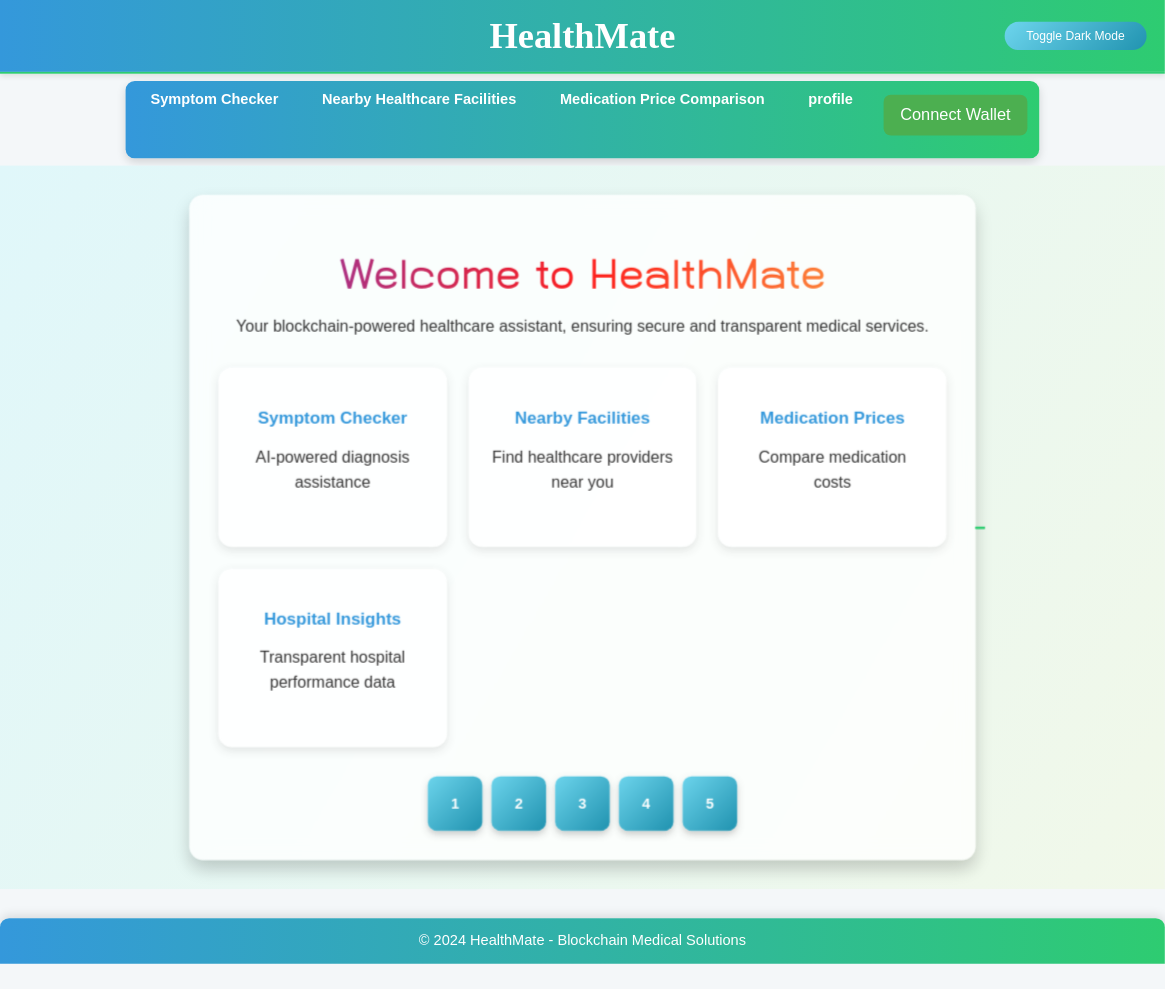
Repository: tmanas06/EP-PROJECT
Page: http://localhost/Medicine_Management_Application/WEB-INF/index.jsp
An editor plug-in stored every save of this project. The page is shown before and after the next save, followed by the edit.
The browser window is 1280 px wide. The pictures show the whole page, at 91% of full size.
Some icons come from a web library that is not loaded, so they are not drawn. Some web fonts or font styles are not loaded; a fallback is used. The page is served by Tomcat 9. Nobody is signed in. The template is opened directly, without the code that normally fills it, so the values that code supplies are empty.

Above is the page before, as saved 2024-12-05 18:00:43.

After the next save:
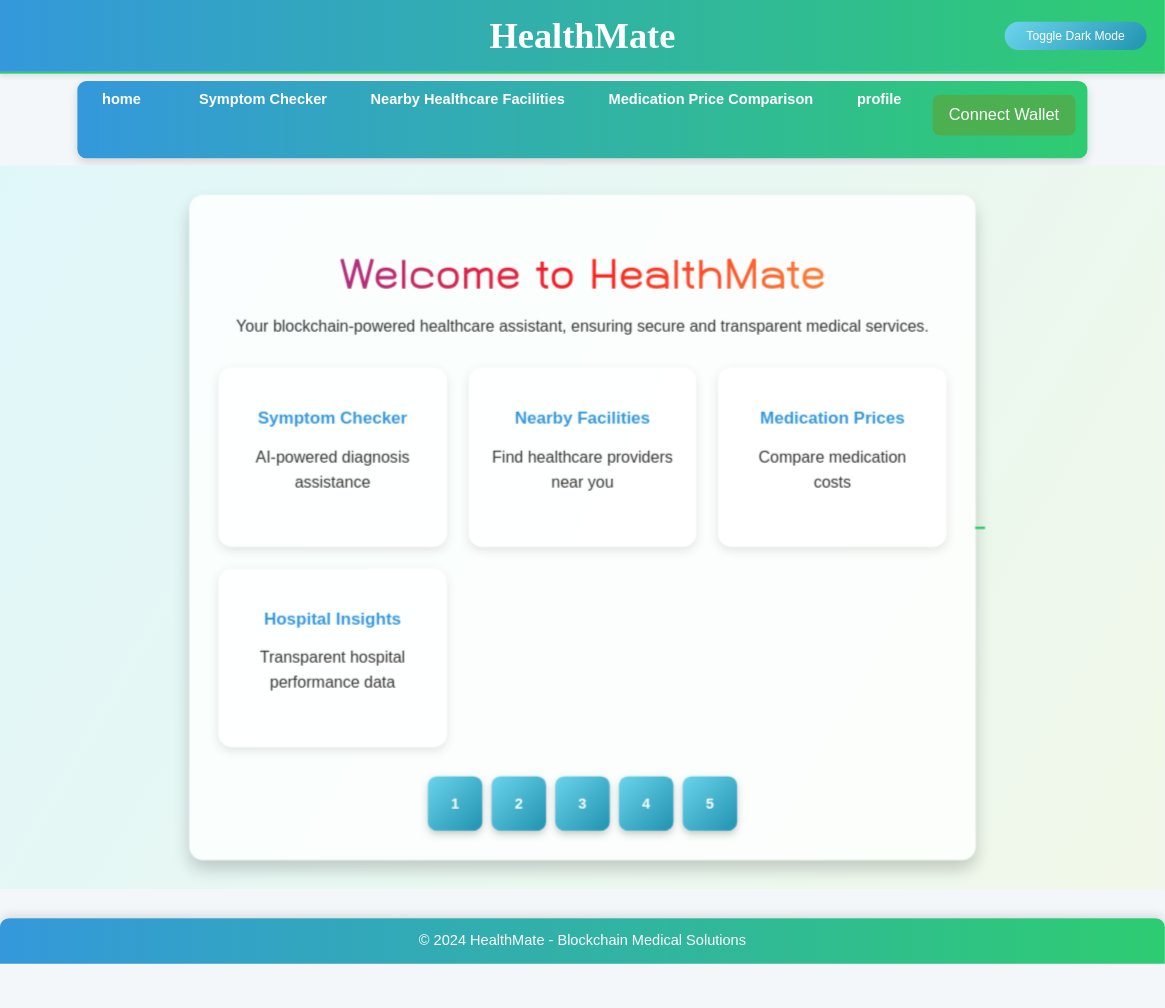
Saved 2 min 17 s later.
--- a/Medicine_Management_Application/src/main/webapp/WEB-INF/index.jsp
+++ b/Medicine_Management_Application/src/main/webapp/WEB-INF/index.jsp
@@ -348,6 +348,7 @@
 
     <nav>
         <ul>
+            <li><a href="">home</a><li>
             <li><a href="symptomChecker">Symptom Checker</a></li>
             <li><a href="nearbyFacilities">Nearby Healthcare Facilities</a></li>
             <li><a href="medicationPrices">Medication Price Comparison</a></li>
